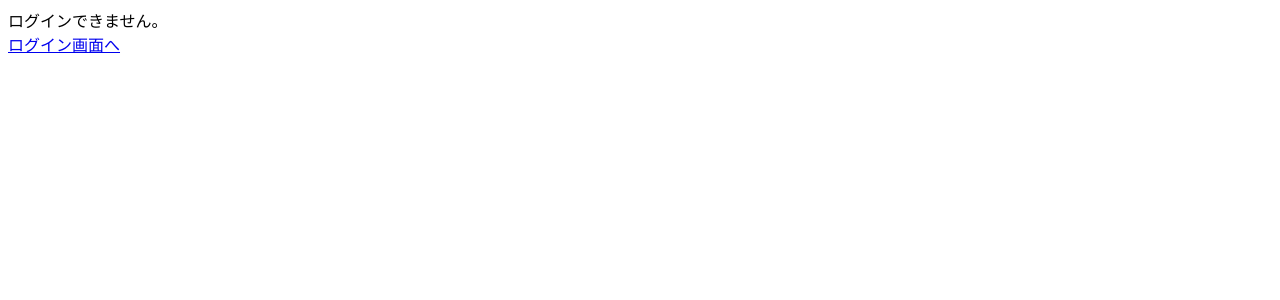
Repository: hayashikazuki/quroud9
Page: http://localhost/king HP/staff_login/staff_top.php
The author's editor kept a record of every edit. The page is drawn from the files as they stood at one moment, then again after the next edit.
The browser window is 1280 px wide. The pictures show the whole page.
Some web libraries are served in a nearby version. The page is run by PHP 8.4 with error messages shown; the project is at /var/www/html/.

Above is the page before.

After the next edit:
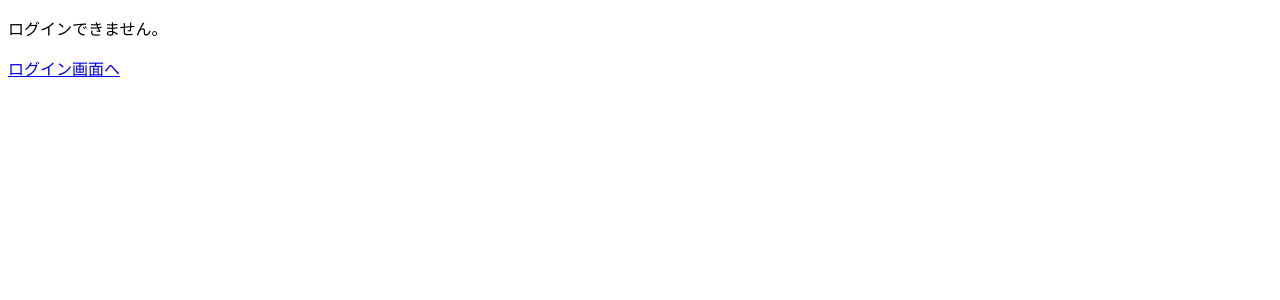
The edit:
--- a/king HP/staff_login/staff_top.php
+++ b/king HP/staff_login/staff_top.php
@@ -15,7 +15,8 @@
         session_regenerate_id(true);
         if(isset($_SESSION['login'])==false)
         {
-            print'ログインできません。<br />';
+            print'<div>';
+            print'<p>ログインできません。</p>';
             print'<a href="../staff_login/staff_login.html">ログイン画面へ</a>';
             exit();
         }
